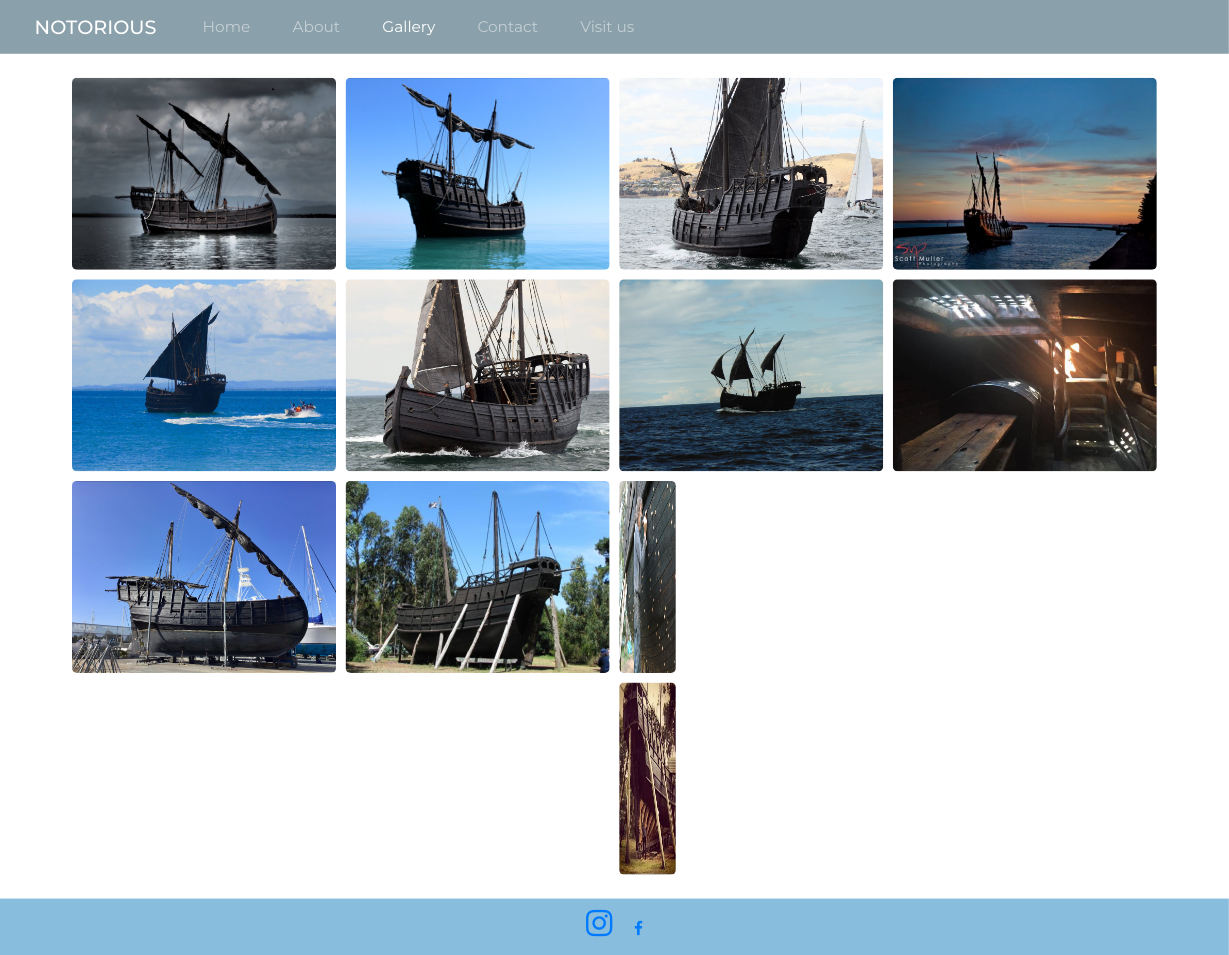
Repository: TSRose/NotorioustheShip
Page: gallery.html
The author's editor kept a record of every edit. The page is drawn from the files as they stood at one moment, then again after the next edit.
The browser window is 1280 px wide. The pictures show the whole page, at 96% of full size.
Some web libraries are served in a nearby version.

Above is the page before.

After the next edit:
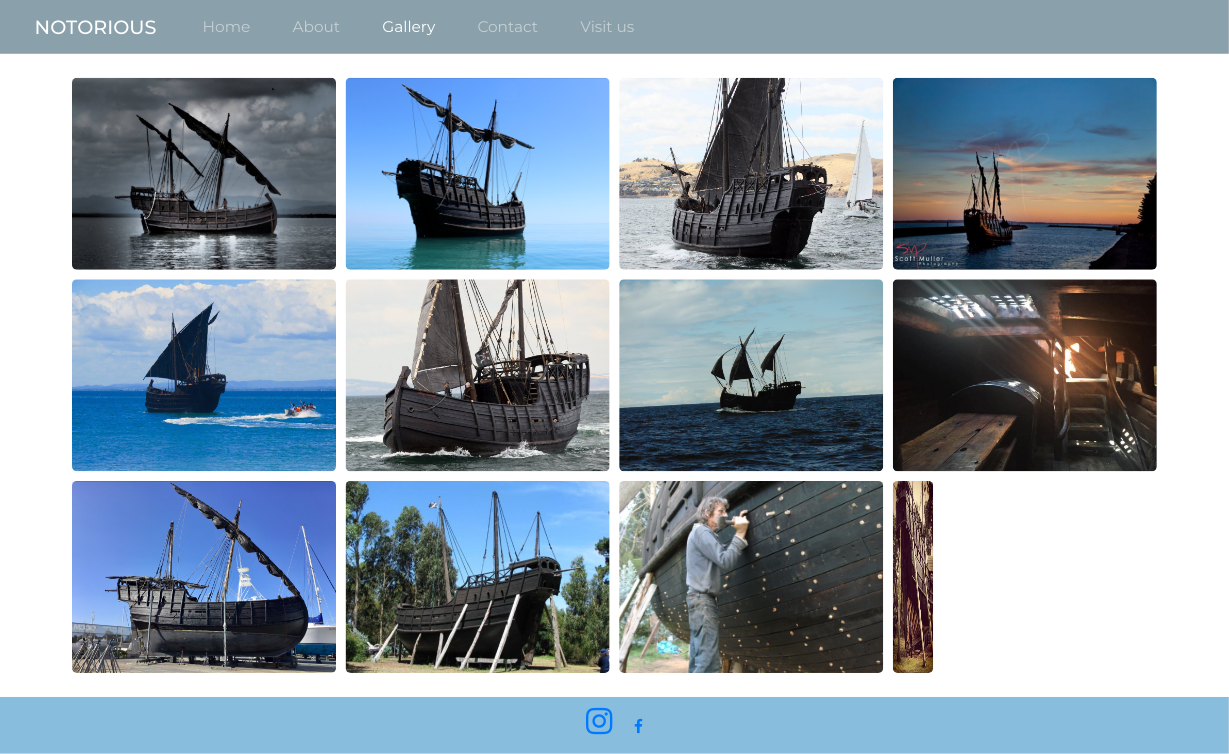
The edit:
--- a/gallery.html
+++ b/gallery.html
@@ -76,6 +76,7 @@
                     <img src="assets/images/Construction1.jpg" class="zoom img-fluid " alt="under construction">
                 </div>
                 <div class="col-lg-3 col-md-4 col-xs-6 thumb image-padding">
+                    <a href="assets/images/Construction2.jpg" class="fancybox" rel="ligthbox">
                     <img src="assets/images/Construction2.jpg" class="zoom img-fluid " alt="under construction">
                 </div>
                 <div class="col-lg-3 col-md-4 col-xs-6 thumb image-padding">
